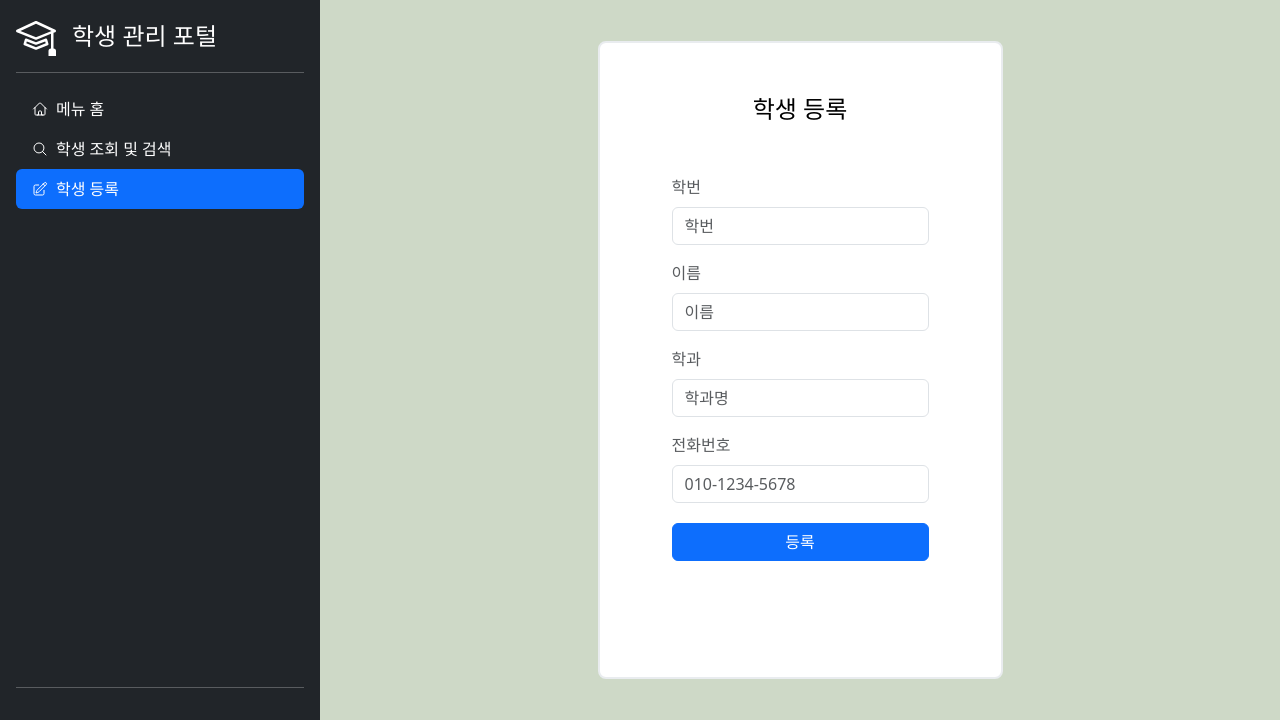
Repository: invisibleufo101/StudentManagementWeb
Page: HSW_Web/src/main/webapp/register_student.html
The author's editor kept a copy of each file at every save. The page is drawn from the files as they stood at one save, then again after the next save.
The browser window is 1280 px wide. The pictures show the whole page.

Above is the page before, as saved 2024-09-24 13:04:14.
Not found: HSW_Web/src/main/webapp/css/style.css

### HSW_Web/src/main/webapp/register_student.html
<!DOCTYPE html>
<html>
<head>
	<meta charset="UTF-8">
	<meta name="viewport" content="width=device-width, initial-scale=1">
	<link rel="stylesheet" href="css/bootstrap.min.css" />
	<link rel="stylesheet" href="css/style.css"/>
	<script defer src="js/bootstrap.bundle.min.js"></script>
	<link rel="icon" href="images/portal_icon.svg"/>
	<title>학생 관리 포털</title>
</head>
<body>
	<main class="d-flex flex-nowrap vh-100">
		<!-- Start of Navbar -->
		<nav class="d-flex flex-lg-column flex-md-column flex-row flex-shrink-0 p-3 text-bg-dark" style="width: 25vw;">
			<a href="/" class="d-flex justify-content-around align-items-center mb-3 mb-md-0 me-md-auto text-white text-decoration-none">
				<svg xmlns="http://www.w3.org/2000/svg" width="40" height="40" fill="currentColor" class="bi bi-mortarboard" viewBox="0 0 16 16">
				 	<path d="M8.211 2.047a.5.5 0 0 0-.422 0l-7.5 3.5a.5.5 0 0 0 .025.917l7.5 3a.5.5 0 0 0 .372 0L14 7.14V13a1 1 0 0 0-1 1v2h3v-2a1 1 0 0 0-1-1V6.739l.686-.275a.5.5 0 0 0 .025-.917zM8 8.46 1.758 5.965 8 3.052l6.242 2.913z"/>
				 	<path d="M4.176 9.032a.5.5 0 0 0-.656.327l-.5 1.7a.5.5 0 0 0 .294.605l4.5 1.8a.5.5 0 0 0 .372 0l4.5-1.8a.5.5 0 0 0 .294-.605l-.5-1.7a.5.5 0 0 0-.656-.327L8 10.466zm-.068 1.873.22-.748 3.496 1.311a.5.5 0 0 0 .352 0l3.496-1.311.22.748L8 12.46z"/>
				</svg>
				<span class="ms-3" style="font-size: 1.5rem;">학생 관리 포털</span>
			</a>
			<hr/>
			<ul class="nav nav-pills flex-column mb-auto">

				<!-- Menu Home -->
				<li class="nav-item">
					<a href="/" class="nav-link text-white">
						<div class="d-flex align-items-center">
							<svg class="bi me-2" xmlns="http://www.w3.org/2000/svg" fill="none" viewBox="0 0 24 24" stroke-width="1.5" stroke="currentColor" width="16" height="16">
								<path stroke-linecap="round" stroke-linejoin="round" d="m2.25 12 8.954-8.955c.44-.439 1.152-.439 1.591 0L21.75 12M4.5 9.75v10.125c0 .621.504 1.125 1.125 1.125H9.75v-4.875c0-.621.504-1.125 1.125-1.125h2.25c.621 0 1.125.504 1.125 1.125V21h4.125c.621 0 1.125-.504 1.125-1.125V9.75M8.25 21h8.25" />
							</svg>
							<p class="m-0">메뉴 홈</p>
						</div>
					</a>
				</li>

				<!-- List and Search Students -->
				<li>
					<a href="/browseStudents.do" class="nav-link text-white">
						<div class="d-flex align-items-center">
							<svg class="bi me-2" xmlns="http://www.w3.org/2000/svg" fill="none" viewBox="0 0 24 24" stroke-width="1.5" stroke="currentColor" width="16" height="16">
								<path stroke-linecap="round" stroke-linejoin="round" d="m21 21-5.197-5.197m0 0A7.5 7.5 0 1 0 5.196 5.196a7.5 7.5 0 0 0 10.607 10.607Z" />
							</svg>
							<p class="m-0">학생 조회 및 검색</p>
						</div>
					</a>
				</li>

				<!-- Register Student -->
				<li>
					<a href="/register_student.html" class="nav-link active">
						<div class="d-flex align-items-center">
							<svg class="bi me-2" xmlns="http://www.w3.org/2000/svg" fill="none" viewBox="0 0 24 24" stroke-width="1.5" stroke="currentColor" width="16" height="16">
								<path stroke-linecap="round" stroke-linejoin="round" d="m16.862 4.487 1.687-1.688a1.875 1.875 0 1 1 2.652 2.652L10.582 16.07a4.5 4.5 0 0 1-1.897 1.13L6 18l.8-2.685a4.5 4.5 0 0 1 1.13-1.897l8.932-8.931Zm0 0L19.5 7.125M18 14v4.75A2.25 2.25 0 0 1 15.75 21H5.25A2.25 2.25 0 0 1 3 18.75V8.25A2.25 2.25 0 0 1 5.25 6H10" />
							</svg>
							<p class="m-0">학생 등록</p>
						</div>
					</a>
				</li>
			</ul>
			<hr/>
		</nav>
		<!-- End of Navbar -->

		<section class="d-flex justify-content-center align-items-center" style="width: 75vw; height: auto; background-color: #ced9c7;">
			<!-- Start of Student Registration Form -->
			<div class="card rounded-3 text-black border border-2 border-light-subtle">
				<div class="col-lg-12">
					<div class="card-body p-md-5 mx-md-4">
						<div class="text-center">
							<h4 class="w-100 mt-1 mb-5 pb-1">학생 등록</h4>
						</div>

						<!-- Registration Form -->
						<form action="/addStudent.do" method="POST">

							<!-- Student ID -->
							<div data-mdb-input-init class="form-outline mb-3">
								<label class="form-label text-muted" for="student_id">학번</label>
								<input type="text" id="student_id" class="form-control" name="student_id" placeholder="학번" />
							</div>

							<!-- Student Name -->
							<div data-mdb-input-init class="form-outline mb-3">
								<label class="form-label text-muted" for="student_name">이름</label>
								<input type="text" id="student_name" class="form-control" name="student_name" placeholder="이름" />
							</div>

							<!-- Student Major -->
							<div data-mdb-input-init class="form-outline mb-3">
								<label class="form-label text-muted" for="major">학과</label>
								<input type="text" id="major" class="form-control" name="student_major" placeholder="학과명" />
							</div>

							<!-- Student Telephone Number -->
							<div data-mdb-input-init class="form-outline mb-3">
								<label class="form-label text-muted" for="student_tel">전화번호</label>
								<input type="tel" id="student_tel" class="form-control" name="student_tel" placeholder="010-1234-5678" />
							</div>

							<!-- Submit -->
							<div class="text-center pt-1 mb-5 pb-1">
								<div class="d-grid gap-2">
									<button data-mdb-button-init data-mdb-ripple-init class="btn btn-primary fa-lg gradient-custom-2 mb-3" type="submit">등록</button>
								</div>
							</div>
						</form>
					</div>
				</div>
			</div>
			<!-- End of Student Registration Form -->
		</section>
	</main>
</body>
</html>

Loaded but not shown: HSW_Web/src/main/webapp/css/bootstrap.min.css (library); HSW_Web/src/main/webapp/js/bootstrap.bundle.min.js (library)

After the next save:
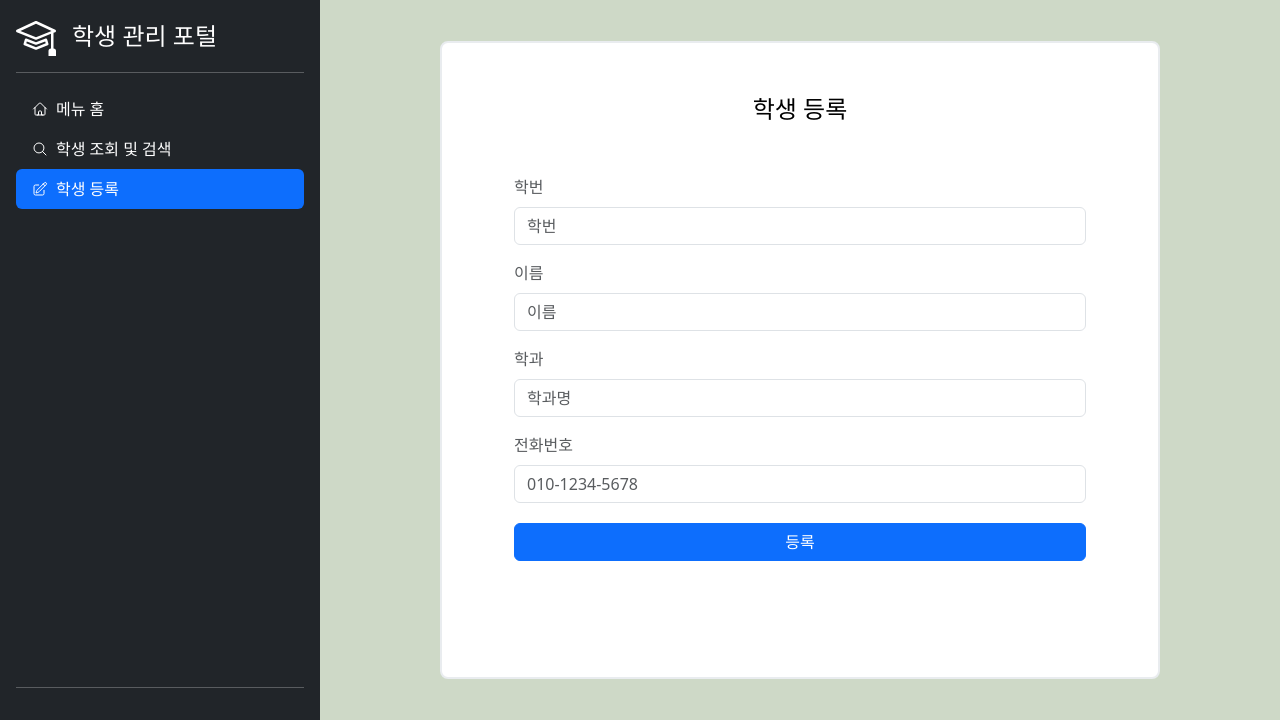
Saved 11 h 7 min later.
--- a/HSW_Web/src/main/webapp/register_student.html
+++ b/HSW_Web/src/main/webapp/register_student.html
@@ -65,47 +65,50 @@
 
 		<section class="d-flex justify-content-center align-items-center" style="width: 75vw; height: auto; background-color: #ced9c7;">
 			<!-- Start of Student Registration Form -->
-			<div class="card rounded-3 text-black border border-2 border-light-subtle">
-				<div class="col-lg-12">
-					<div class="card-body p-md-5 mx-md-4">
-						<div class="text-center">
-							<h4 class="w-100 mt-1 mb-5 pb-1">학생 등록</h4>
-						</div>
+			<div class="w-75">
 
-						<!-- Registration Form -->
-						<form action="/addStudent.do" method="POST">
-
-							<!-- Student ID -->
-							<div data-mdb-input-init class="form-outline mb-3">
-								<label class="form-label text-muted" for="student_id">학번</label>
-								<input type="text" id="student_id" class="form-control" name="student_id" placeholder="학번" />
+				<div class="card rounded-3 text-black border border-2 border-light-subtle">
+					<div class="col-lg-12">
+						<div class="card-body p-md-5 mx-md-4">
+							<div class="text-center">
+								<h4 class="w-100 mt-1 mb-5 pb-1">학생 등록</h4>
 							</div>
 
-							<!-- Student Name -->
-							<div data-mdb-input-init class="form-outline mb-3">
-								<label class="form-label text-muted" for="student_name">이름</label>
-								<input type="text" id="student_name" class="form-control" name="student_name" placeholder="이름" />
-							</div>
+							<!-- Registration Form -->
+							<form action="/addStudent.do" method="POST">
 
-							<!-- Student Major -->
-							<div data-mdb-input-init class="form-outline mb-3">
-								<label class="form-label text-muted" for="major">학과</label>
-								<input type="text" id="major" class="form-control" name="student_major" placeholder="학과명" />
-							</div>
+								<!-- Student ID -->
+								<div data-mdb-input-init class="form-outline mb-3">
+									<label class="form-label text-muted" for="student_id">학번</label>
+									<input type="text" id="student_id" class="form-control" name="student_id" placeholder="학번" />
+								</div>
 
-							<!-- Student Telephone Number -->
-							<div data-mdb-input-init class="form-outline mb-3">
-								<label class="form-label text-muted" for="student_tel">전화번호</label>
-								<input type="tel" id="student_tel" class="form-control" name="student_tel" placeholder="010-1234-5678" />
-							</div>
+								<!-- Student Name -->
+								<div data-mdb-input-init class="form-outline mb-3">
+									<label class="form-label text-muted" for="student_name">이름</label>
+									<input type="text" id="student_name" class="form-control" name="student_name" placeholder="이름" />
+								</div>
 
-							<!-- Submit -->
-							<div class="text-center pt-1 mb-5 pb-1">
-								<div class="d-grid gap-2">
-									<button data-mdb-button-init data-mdb-ripple-init class="btn btn-primary fa-lg gradient-custom-2 mb-3" type="submit">등록</button>
+								<!-- Student Major -->
+								<div data-mdb-input-init class="form-outline mb-3">
+									<label class="form-label text-muted" for="major">학과</label>
+									<input type="text" id="major" class="form-control" name="student_major" placeholder="학과명" />
 								</div>
-							</div>
-						</form>
+
+								<!-- Student Telephone Number -->
+								<div data-mdb-input-init class="form-outline mb-3">
+									<label class="form-label text-muted" for="student_tel">전화번호</label>
+									<input type="tel" id="student_tel" class="form-control" name="student_tel" placeholder="010-1234-5678" />
+								</div>
+
+								<!-- Submit -->
+								<div class="text-center pt-1 mb-5 pb-1">
+									<div class="d-grid gap-2">
+										<button data-mdb-button-init data-mdb-ripple-init class="btn btn-primary fa-lg gradient-custom-2 mb-3" type="submit">등록</button>
+									</div>
+								</div>
+							</form>
+						</div>
 					</div>
 				</div>
 			</div>
